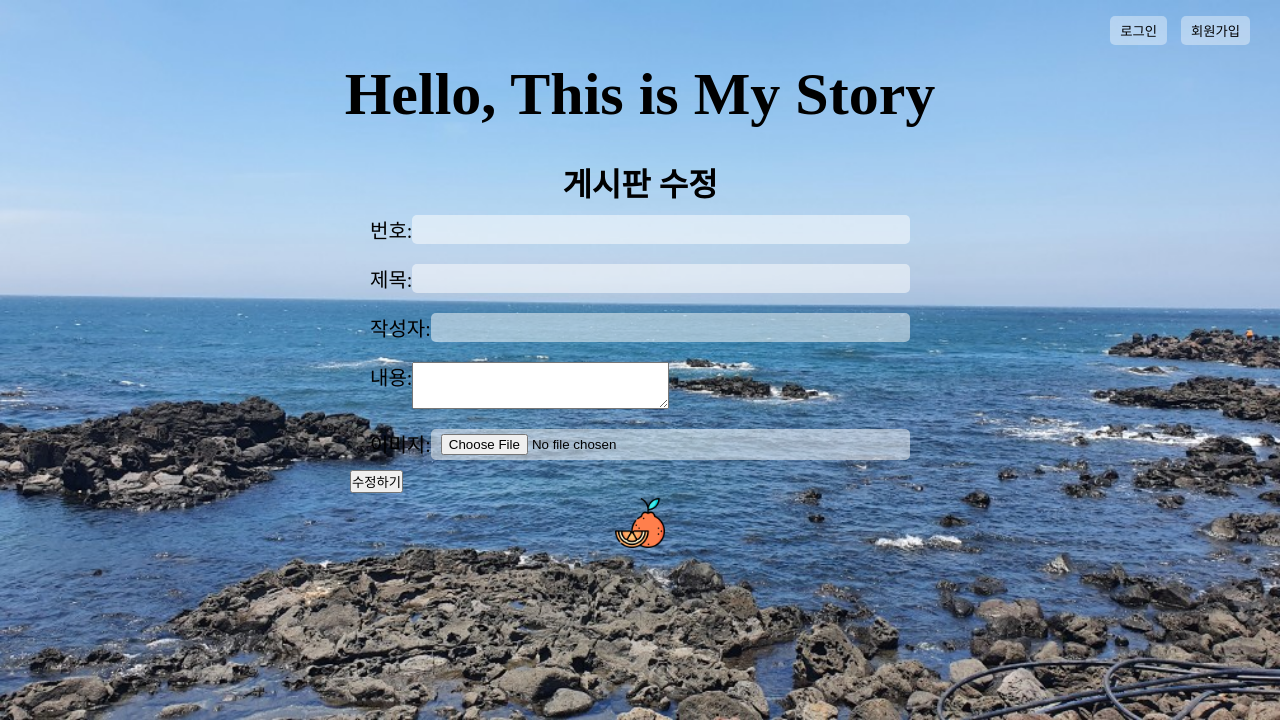
Repository: jeeniii/test2022_12_29
Page: http://localhost/portfolio/board/modify.jsp
These files come from the project's save history. The page is drawn as it stood at one moment and after the next save; the edit follows.
The browser window is 1280 px wide. The pictures show the whole page.
The page is served by Tomcat 9. Other server files are loaded and not shown. The template is opened directly, without the code that normally fills it, so the values that code supplies are empty.

Above is the page before, as saved 2022-12-14 03:13:50.

### JSP_Portfolio/portfolio/src/main/webapp/board/modify.jsp
<%@ page language="java" contentType="text/html; charset=UTF-8"
    pageEncoding="UTF-8"%>
<!DOCTYPE html>
<html>
<head>
<meta charset="UTF-8">
<title>Insert title here</title>
<link rel="stylesheet" href="/resources/css/boardModify.css" type="text/css">
<%@ include file="/header.jsp" %>
</head>
<body>
<div class="container">
<h1>게시판 수정</h1>
	<form action="/brd/update" method="post" enctype="multipart/form-data">
		<div class="bm_put">
			<span>
				번호:
			</span>
		 <input type="text" name="bno" value="${bvo.bno }" readonly="readonly"> <br>
		</div>
		<div class="bm_put">
			<span>
				제목:
			</span>
		 <input type="text" name="title" value="${bvo.title }"> <br>
		</div>
		<div class="bm_put">
			<span>
				작성자:
			</span>
		 <input type="text" name="writer" value="${ses.nick_name }" readonly="readonly"> <br>
		</div>
		<div class="bm_put">
			<span>
				내용:
			</span>
		 <textarea rows="3" cols="30" name="content" >${bvo.content }</textarea>
		</div>
		<div class="bm_put">
			<span>
				이미지:
			</span>
			<input type="hidden" name="image_file" value="${bvo.image_file }">
			<input type="file" name="new_file" accept="image/png, image/jpg, img/jpeg, image/gif">
		</div>
		<button type="submit">수정하기</button>
	</form>
</div>
<%@ include file="/footer.jsp" %>
</body>
</html>

### JSP_Portfolio/portfolio/src/main/webapp/header.jsp
<%@ page language="java" contentType="text/html; charset=UTF-8"
    pageEncoding="UTF-8"%>
    <%@ taglib uri="http://java.sun.com/jsp/jstl/core" prefix="c" %>
<!DOCTYPE html>
<html>
<head>
<meta charset="UTF-8">

<link rel="stylesheet" href="/resources/css/header.css" type="text/css">
</head>
<body>
	<header>
		<div class="realHeader">
			<div class="headbar">
				<ul>

					<c:if test="${ses.id ne null }">
						<li>
							${ses.nick_name }님
						</li>
						<li>
							<a href="/mem/logout?id=${ses.id }"><button type="button">로그아웃</button></a>
						</li>
						<li>
							<a href="/mem/modify?id=${ses.id }"><button type="button">회원정보수정</button></a>
						</li>
					</c:if>

					<c:if test="${ses.id eq null }">
						<li>
							<a href="/mem/login"><button type="button">로그인</button></a>
						</li>
						<li>
							<a href="/mem/join"><button type="button"> 회원가입</button></a>
						</li>
					</c:if>
				</ul>
			</div>
		</div>
		<div class="topic">
			<h1>Hello, This is My Story</h1>
		</div>
	</header>
</body>
</html>

### JSP_Portfolio/portfolio/src/main/webapp/footer.jsp
<%@ page language="java" contentType="text/html; charset=UTF-8"
    pageEncoding="UTF-8"%>
    <%@ taglib uri="http://java.sun.com/jsp/jstl/core" prefix="c" %>
<!DOCTYPE html>
<html>
<head>
<meta charset="UTF-8">
<title>Insert title here</title>
<link rel="stylesheet" href="/resources/css/footer.css" type="text/css">
</head>
<body>
<footer>
		<a href="/" id="hanlabtn"><button type="button"><img src="/resources/한라봉.png" id="hanlabong"></button></a>
</footer>
</body>
</html>

### JSP_Portfolio/portfolio/src/main/webapp/resources/css/boardModify.css
@charset "UTF-8";
.container{
	width:580px;
	margin: 0 auto;
	padding: 0px;
	margin-top: 30px;
}
h1{
	text-align: center;
}
.bm_put{
	font-size:20px;
	display: inline-flex;
	width: 100%;
	padding: 10px 20px;
}
.bm_put>input{
	flex: 1 1 0%;
	border: 0px;
	padding: 5px 10px;
	border-radius: 5px;
	background-color: rgba(255, 255, 255, 0.503);
}

### JSP_Portfolio/portfolio/src/main/webapp/resources/css/header.css
@charset "UTF-8";
* {
    margin: 0;
    padding: 0;
    box-sizing: border-box;
}
body{
	width:100%;
	height:100%;
	background-image: url("/resources/제주 바다.jpg");
	background-repeat: no-repeat;
	background-size: cover;
}
.topic{
	text-align: center;
	font-size: 30px;
}
.realHeader{
	height: 60px;
}
.headbar{
	display: flex;
	align-items: center;
	float: right;
	padding: 0px 30px;
	height: 60px;
}
.headbar>ul{
    list-style-type: none;
}
.headbar>ul>li{
	display: inline;;
	margin-left: 10px;
	line-height: 30px;
	vertical-align: middle;
}
.headbar>ul>li>a{
	font-size: 20px;
	font-weight: 700px;
	color: black;
    text-decoration-line:none ;
}
button[type="button"]{
	border: 0px;
	padding: 5px 10px;
	border-radius: 5px;
	background-color: rgba(255, 255, 255, 0.377);
}

### JSP_Portfolio/portfolio/src/main/webapp/resources/css/footer.css
@charset "UTF-8";
#hanlabong{
    width: 50px;
    height: 50px;
}

#hanlabtn{
	background-color: transparent;
	border:none;
	cursor: pointer;
}
#hanlabtn button{
	background-color: transparent;
	border:none;
	cursor: pointer;

}
#hanlabtn:hover{
	transform:scale(1.5);
  	transition: transform .5s;
}
footer{
	width: 100%;
	display: flex;
	justify-content: center;
}

After the next save:
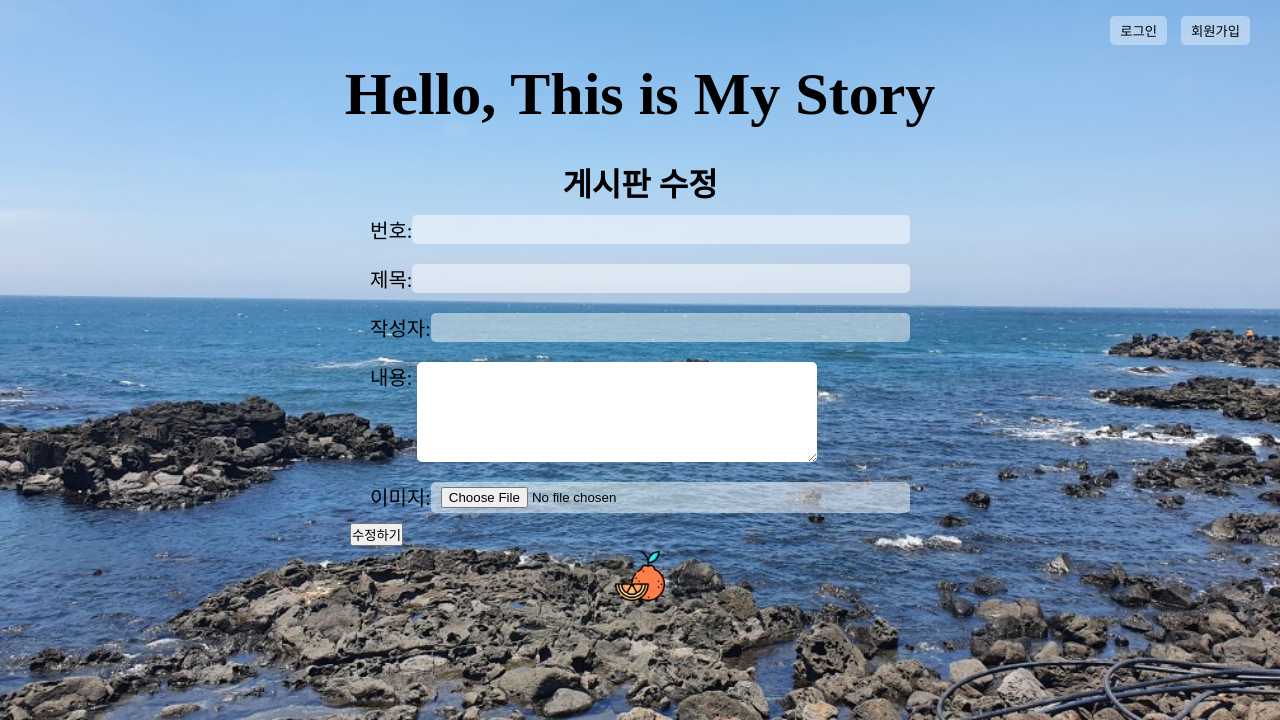
Saved 16 s later.
--- a/JSP_Portfolio/portfolio/src/main/webapp/resources/css/boardModify.css
+++ b/JSP_Portfolio/portfolio/src/main/webapp/resources/css/boardModify.css
@@ -21,3 +21,10 @@ h1{
 	border-radius: 5px;
 	background-color: rgba(255, 255, 255, 0.503);
 }
+textarea{
+	width: 400px;
+	height: 100px;
+	border: 0px;
+	border-radius: 5px;
+	margin-left: 5px;
+}
